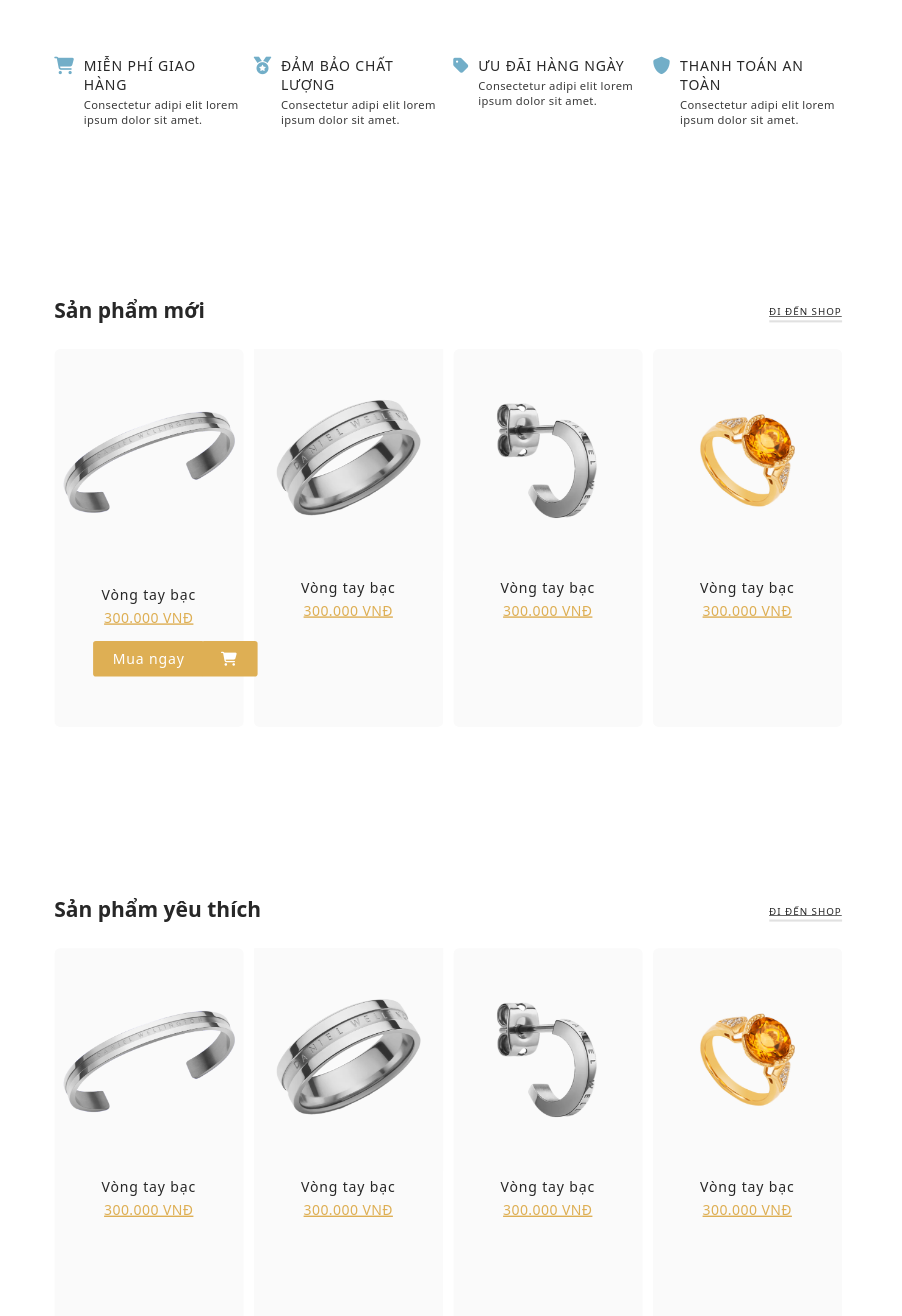
Repository: CangNgo/shoptrangsuc.github.io
Page: index.html
An editor plug-in stored every save of this project. The page is shown before and after the next save, followed by the edit.
The browser window is 1280 px wide. The page is 1288 px wide, so the pictures cover 1288 px, including what lies to the right of the window. The pictures show the part of the page from y = 762 to 2642 px (the page is 5591 px tall), at 70% of full size.

Above is the page before, as saved 2024-01-11 18:07:06.

After the next save:
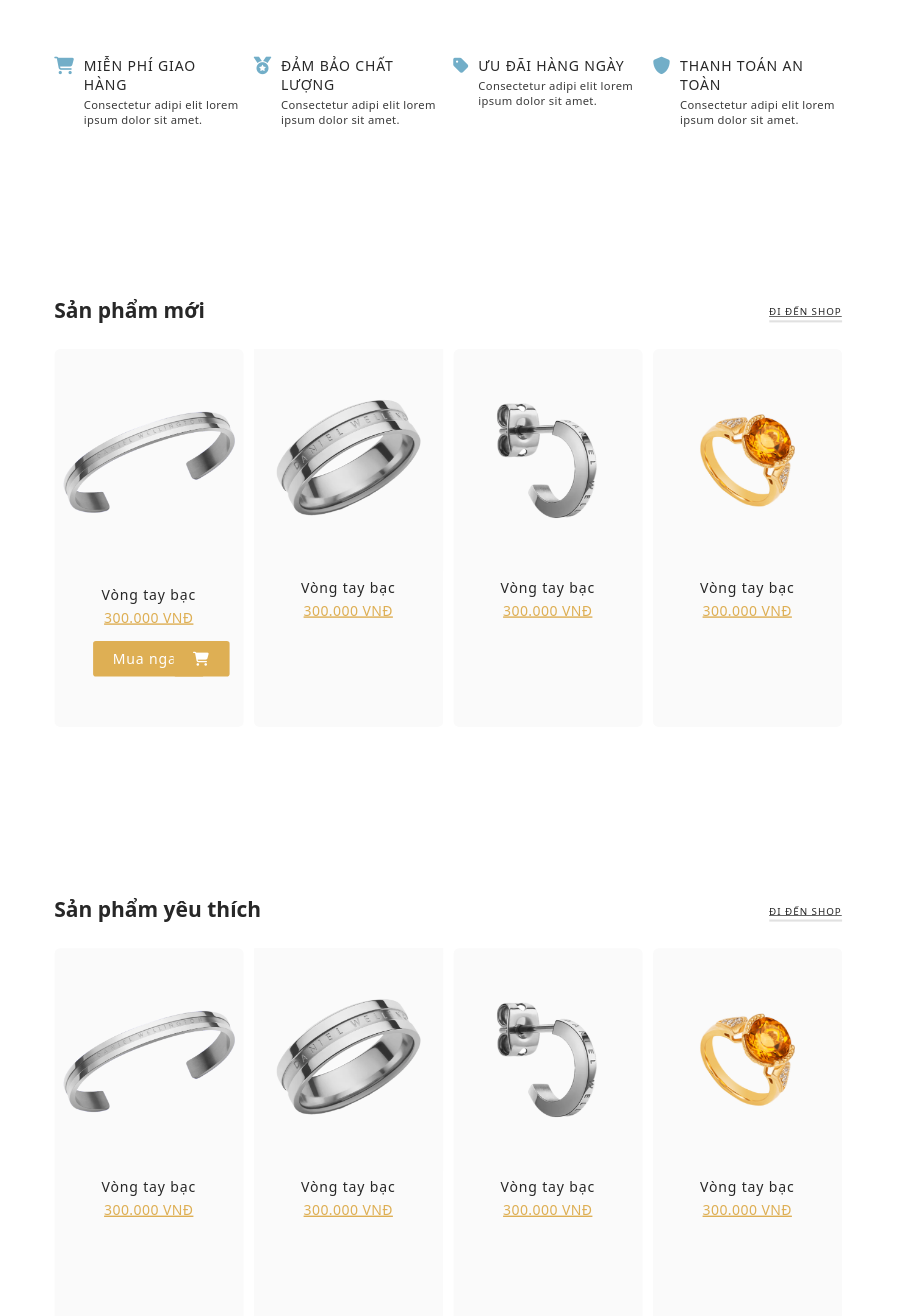
Saved 5 s later.
--- a/index.html
+++ b/index.html
@@ -163,7 +163,7 @@
                                 </div>
                                 <div class="buy-product" style="position: relative;">
                                     <button name="buy_product">Mua ngay</button>
-                                    <button style="position: absolute; top: 0; right: -20px;"><i class="fa-solid fa-cart-shopping"></i></button>
+                                    <button style="position: absolute; top: 0; right: 20px;"><i class="fa-solid fa-cart-shopping"></i></button>
                                 </div>
                             </div>
                         </div>
